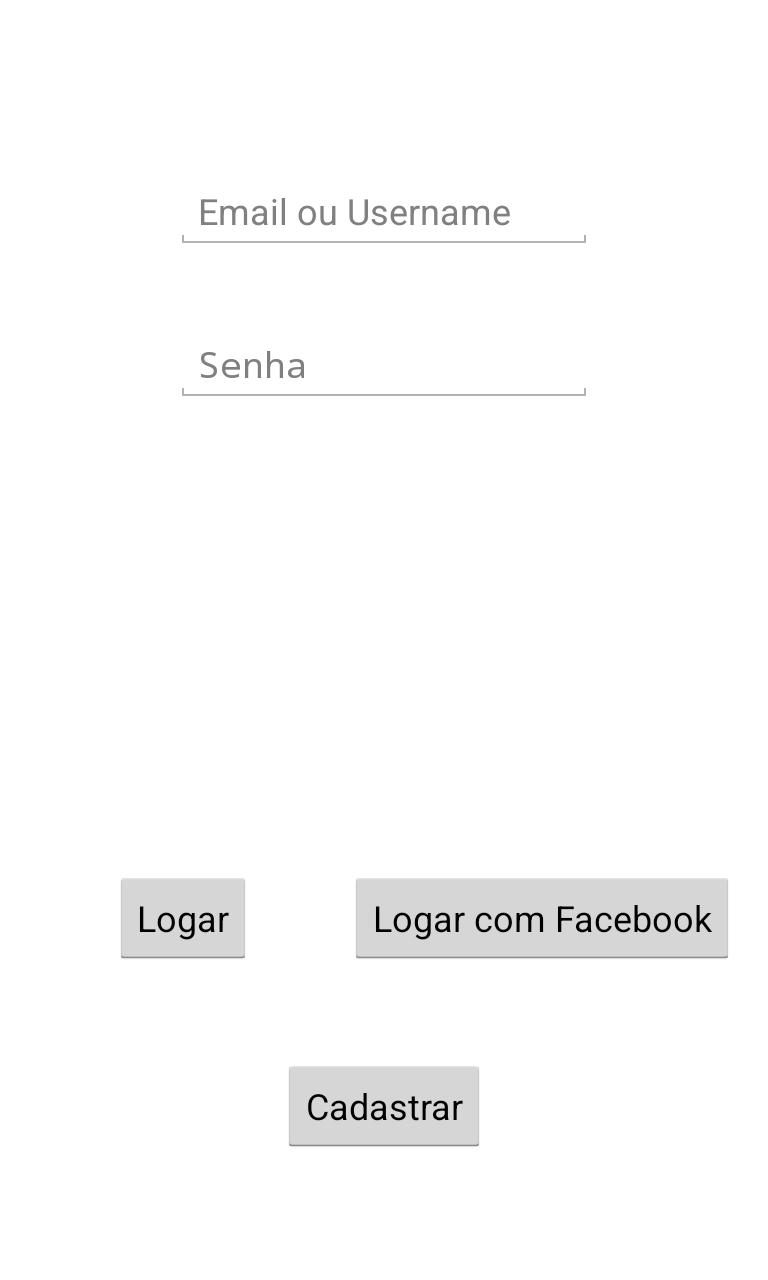
Repository: sergiofffilho/TrocandoIdeias
Layout: workspace/TrocandoIdeias/res/layout/activity_tela_login.xml
These files come from the project's save history. The layout is drawn as it stood at one moment and after the next save; the edit follows.
It is drawn on a 768 x 1280 px phone screen (xhdpi) without system bars, with theme AppTheme; the app's code is not run. The app's manifest (not shown) leaves right-to-left support off. So textAlignment, textDirection and layoutDirection are ignored, and left and right values win over start and end ones.

Above is the layout before, as saved 2015-04-25 14:50:53.

### workspace/TrocandoIdeias/res/layout/activity_tela_login.xml
<RelativeLayout xmlns:android="http://schemas.android.com/apk/res/android"
    xmlns:tools="http://schemas.android.com/tools"
    android:layout_width="match_parent"
    android:layout_height="match_parent"
    android:paddingBottom="@dimen/activity_vertical_margin"
    android:paddingLeft="@dimen/activity_horizontal_margin"
    android:paddingRight="@dimen/activity_horizontal_margin"
    android:paddingTop="@dimen/activity_vertical_margin"
    tools:context="ufc.quixada.trocandoideias.TelaLogin" >

    <EditText
        android:id="@+id/editText1"
        android:layout_width="wrap_content"
        android:layout_height="wrap_content"
        android:layout_alignParentTop="true"
        android:layout_centerHorizontal="true"
        android:layout_marginTop="70dp"
        android:ems="10"
        android:hint="@string/username" />

    <EditText
        android:id="@+id/editText2"
        android:layout_width="wrap_content"
        android:layout_height="wrap_content"
        android:layout_below="@+id/editText1"
        android:layout_centerHorizontal="true"
        android:layout_marginTop="37dp"
        android:ems="10"
        android:hint="@string/senha"
        android:inputType="textPassword" />

    <Button
        android:id="@+id/button3"
        android:layout_width="wrap_content"
        android:layout_height="wrap_content"
        android:layout_alignParentBottom="true"
        android:layout_centerHorizontal="true"
        android:layout_marginBottom="47dp"
        android:text="@string/cadastrar" />

    <Button
        android:id="@+id/button2"
        android:layout_width="wrap_content"
        android:layout_height="wrap_content"
        android:layout_alignBaseline="@+id/button1"
        android:layout_alignBottom="@+id/button1"
        android:layout_alignParentEnd="true"
        android:text="@string/facebook" />

    <Button
        android:id="@+id/button1"
        android:layout_width="wrap_content"
        android:layout_height="wrap_content"
        android:layout_above="@+id/button3"
        android:layout_marginBottom="46dp"
        android:layout_marginEnd="14dp"
        android:layout_toStartOf="@+id/button3"
        android:text="@string/logar" />

</RelativeLayout>

### workspace/TrocandoIdeias/res/values/strings.xml
<?xml version="1.0" encoding="utf-8"?>
<resources>

    <string name="app_name">TrocandoIdeias</string>
    <string name="hello_world">Hello world!</string>
    <string name="action_settings">Settings</string>
    <string name="username">Email ou Username</string>
    <string name="senha">Senha</string>
    <string name="logar">Logar</string>
    <string name="cadastrar">Cadastrar</string>
    <string name="facebook">Logar com Facebook</string>

</resources>

Loaded but not shown: workspace/TrocandoIdeias/res/values/styles.xml (common file); workspace/TrocandoIdeias/res/values-v11/styles.xml (common file); workspace/TrocandoIdeias/res/values-v14/styles.xml (common file); workspace/TrocandoIdeias/res/values/dimens.xml (common file); workspace/TrocandoIdeias/res/values-w820dp/dimens.xml (common file)

After the next save:
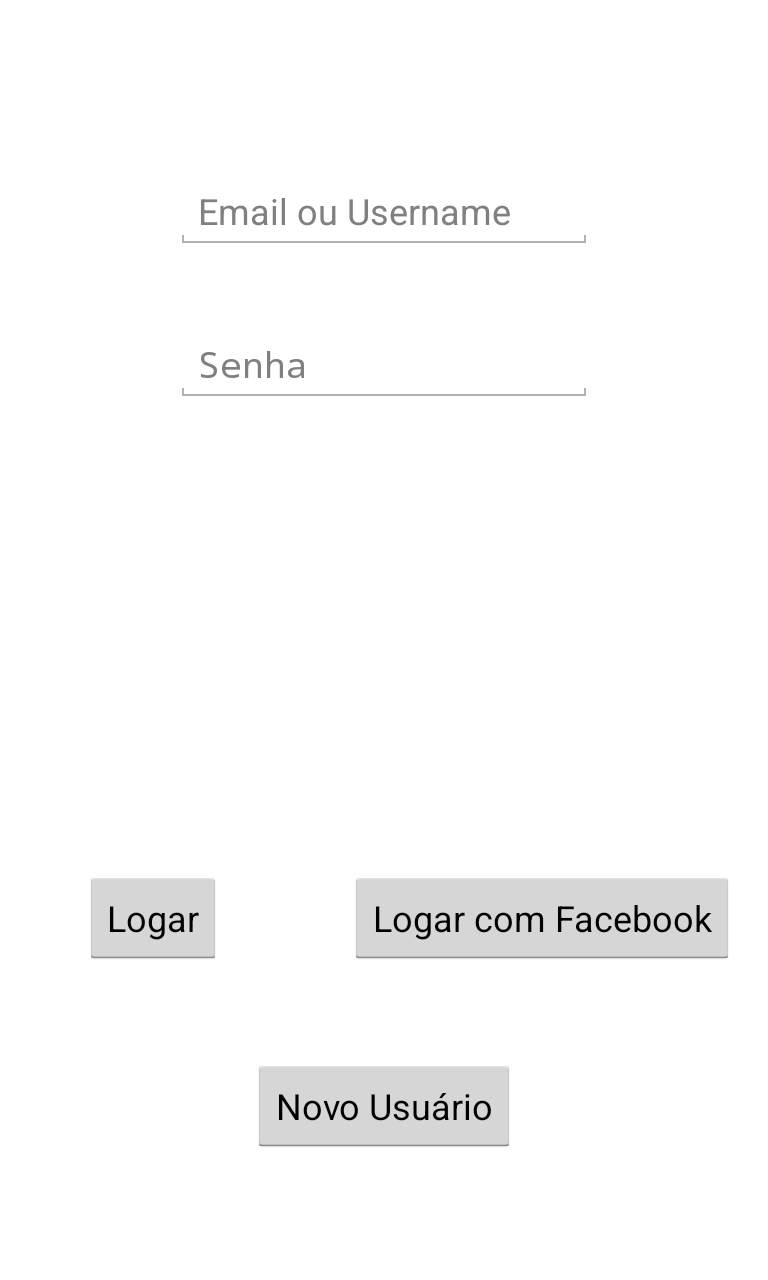
Saved 16 s later.
--- a/workspace/TrocandoIdeias/res/values/strings.xml
+++ b/workspace/TrocandoIdeias/res/values/strings.xml
@@ -7,7 +7,7 @@
     <string name="username">Email ou Username</string>
     <string name="senha">Senha</string>
     <string name="logar">Logar</string>
-    <string name="cadastrar">Cadastrar</string>
+    <string name="cadastrar">Novo Usuário</string>
     <string name="facebook">Logar com Facebook</string>
 
 </resources>
